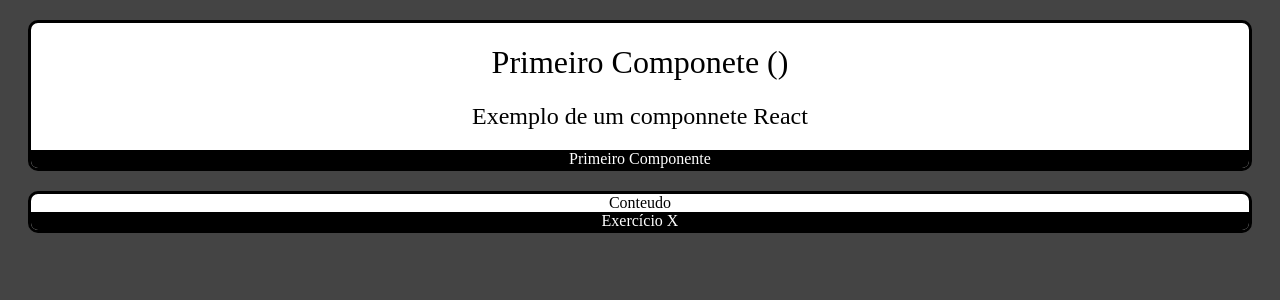
Repository: ClaytonEduard/fundamentos-react
Page: /
The author's editor kept a copy of each file at every save. The page is drawn from the files as they stood at one save, then again after the next save.
The browser window is 1280 px wide. The pictures show the whole page.
The project was rebuilt for these pictures with package versions that can differ from the ones it lists, and the page was loaded fresh each time. Also part of the build but not shown: src/components/ComParametro.jsx, src/components/ComFilhos.jsx.

Above is the page before, as saved 2022-06-18 10:32:58.

### src/index.js
import './index.css';
import React from 'react';
import ReactDOM from 'react-dom';

// importando a function
import Primeiro from './components/Primeiro'
import ComParametro from './components/ComParametro';
import ComFilhos from './components/ComFilhos';
import Card from './components/layout/Card';

// iniciando a rederização
ReactDOM.render(
    <div>
        <Card titulo='Primeiro Componente'>
            <Primeiro />
        </Card>
        <Card titulo='Exercício X'>
            Conteudo
        </Card>
        {/* <ComFilhos>
            <ul>
                <li>Ana</li>
                <li>Bia</li>
                <li>Carlos</li>
                <li>Daniel</li>
            </ul>
        </ComFilhos> */}

        {/* <Primeiro />
        <ComParametro titulo="Esse é o titulo" subtitulo="subtitulo" /> */}

    </div>,
    document.getElementById('root')
)

### src/index.css
body {
    font-family: Oswald;
    font-weight: 300;
    font-size: 1.4rm;
    background-color: #444;
    color: #fff;
    text-align: center;
}

h1, h2 {
    font-weight: 300;
}

### src/components/Primeiro.jsx
import React from 'react';

// primeira funcao
export default () =>
    <React.Fragment>
        <h1>Primeiro Componete ()</h1>
        <h2>Exemplo de um componnete React</h2>
    </React.Fragment>


// exportando funcao
//export default Primeiro

### src/components/layout/Card.jsx
import './Card.css'
import React from 'react'

// componete baseado em funcao
export default props =>
    // aplicando class CSS, no caso do React não se usa a class
    <div className="Card">
        <div className='Conteudo'>
            {props.children}
        </div>
        <div className='Footer'>
            {props.titulo}
        </div>
    </div>

### src/components/layout/Card.css
.Card {
    margin: 20px;
    border: 3px solid #000;
    border-radius: 10px;
    overflow: hidden;
    background-color: #fff;
}

.Card .Conteudo {
    color: #000;
}
.Card .Footer {
    background-color: #000;
    color: #fff;
}

Loaded but not shown: public/index.html (common file)

After the next save:
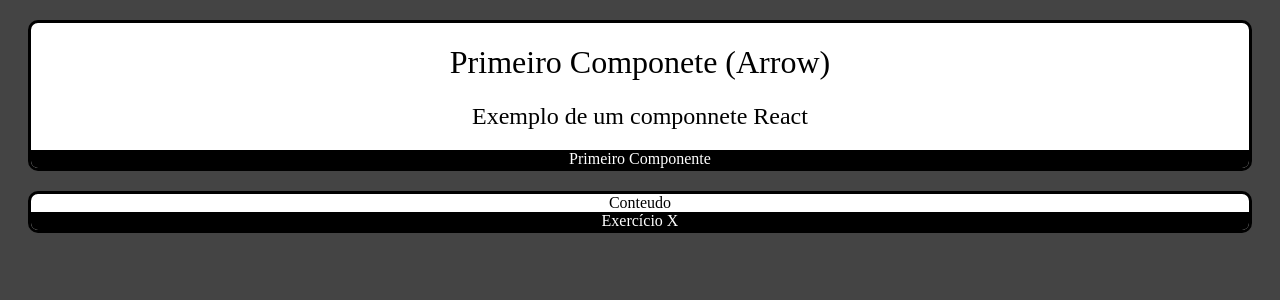
Saved 4 s later.
--- a/src/components/Primeiro.jsx
+++ b/src/components/Primeiro.jsx
@@ -3,7 +3,7 @@ import React from 'react';
 // primeira funcao
 export default () =>
     <React.Fragment>
-        <h1>Primeiro Componete ()</h1>
+        <h1>Primeiro Componete (Arrow)</h1>
         <h2>Exemplo de um componnete React</h2>
     </React.Fragment>
 
